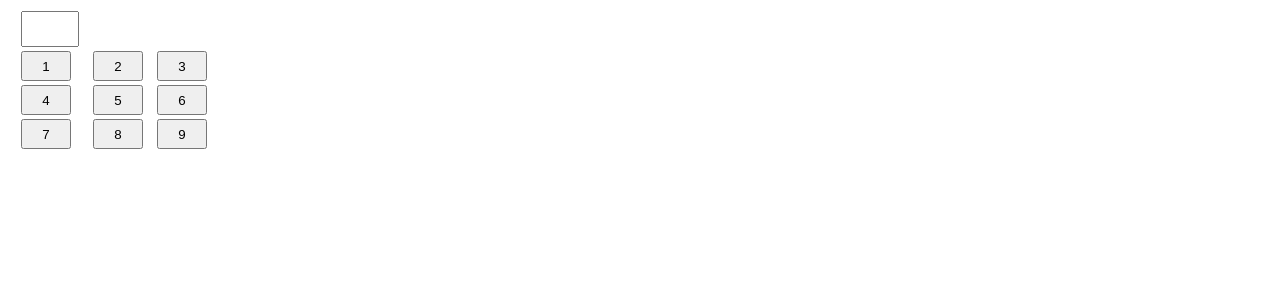
Repository: JungYOsup/Mini_project
Page: http://localhost/EsCape_Room/result_form.jsp
These files come from the project's save history. The page is drawn as it stood at one moment and after the next save; the edit follows.
The browser window is 1280 px wide. The pictures show the whole page.
The page is served by Tomcat 9. Other server files are loaded and not shown.

Above is the page before, as saved 2018-01-15 08:53:51.

### EsCape_Room/WebContent/result_form.jsp
<!--- 페이지 디렉티브<%--  <%@page %> --%> : JSP페이지에 대한 설정 정보를 지정 -->
<!--인코딩은 UTF-8이고 , html이다.  -->
<!--이렇게 3가지를 구성해줘야지 한글이 안깨짐  -->
<%@ page language="java" contentType="text/html; charset=UTF-8"%>
<%
	request.setCharacterEncoding("utf-8");
%>
<%
	response.setContentType("text/html; charset=UTF-8");
%>

<!-- <!DOCTYPE html PUBLIC "-//W3C//DTD HTML 4.01 Transitional//EN" "http://www.w3.org/TR/html4/loose.dtd"> HTML4버전     -->
<!DOCTYPE html>
<!--HTML5로 버전을 지정해줌 -->

<html>
<head>
<style type="text/css">

.a{

}

table input{

	margin-left:10px;
	width: 50px;
	height: 30px;
	text-align: center;


}

</style>
<script type="text/javascript"
	src="http://code.jquery.com/jquery-latest.js"></script>

<script type="text/javascript">


	//결과값을 넣는 번호판
	function inputText(number) {

		var a =$("input[name=text]").val();

		$("input[name=text]").val(a+number);


	}
</script>
<meta http-equiv="Content-Type" content="text/html; charset=UTF-8">
<title>Insert title here</title>
</head>
<body>
	<table>
		<tr>
			<td><input type="text" name="text" class="a"></td>
		</tr>

		<tr>
			<td><input type="button" value="1" onclick="inputText(this.value)"></td>
			<td><input type="button" value="2" onclick="inputText(this.value)"></td>
			<td><input type="button" value="3" onclick="inputText(this.value)"></td>
		</tr>
		<tr>
			<td><input type="button" value="4" onclick="inputText(this.value)"></td>
			<td><input type="button" value="5" onclick="inputText(this.value)"></td>
			<td><input type="button" value="6" onclick="inputText(this.value)"></td>
		</tr>
		<tr>
			<td><input type="button" value="7" onclick="inputText(this.value)"></td>
			<td><input type="button" value="8" onclick="inputText(this.value)"></td>
			<td><input type="button" value="9" onclick="inputText(this.value)"></td>
		</tr>




	</table>

</body>
</html>

After the next save:
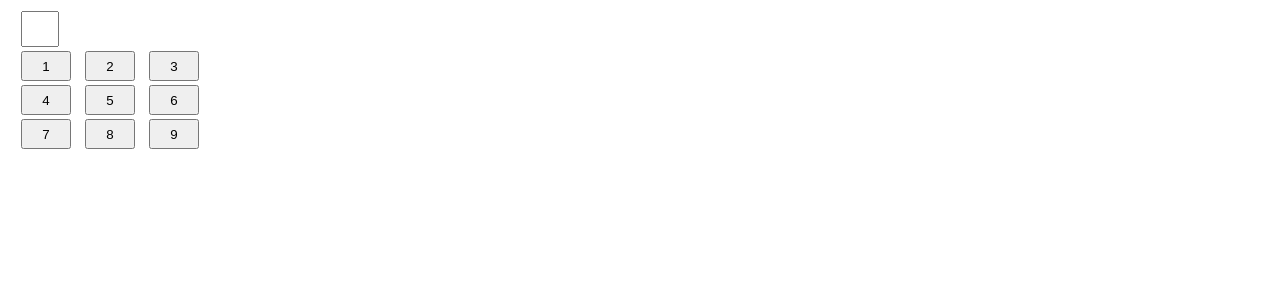
Saved 4 s later.
--- a/EsCape_Room/WebContent/result_form.jsp
+++ b/EsCape_Room/WebContent/result_form.jsp
@@ -18,7 +18,7 @@
 <style type="text/css">
 
 .a{
-
+	width: 30px;
 }
 
 table input{
